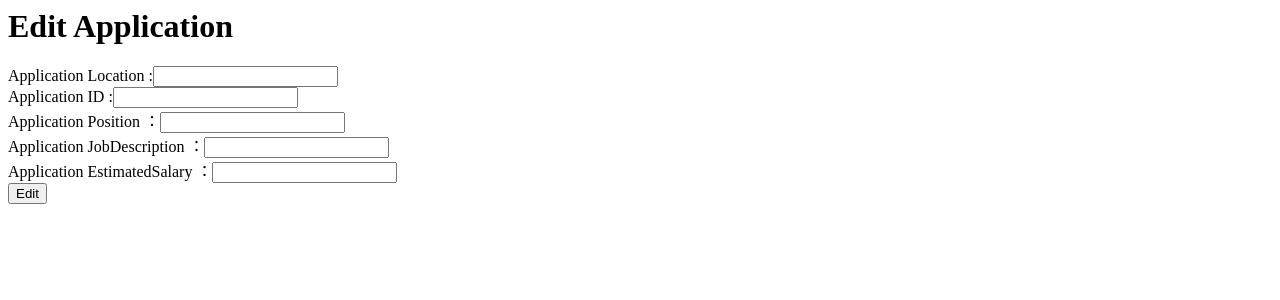
Repository: tanmaysarin/csjobdatabase
Page: http://localhost/CS480Demo/jsps/Applications/Applications_edit.jsp
An editor plug-in stored every save of this project. The page is shown before and after the next save, followed by the edit.
The browser window is 1280 px wide. The pictures show the whole page.
The page is served by Tomcat 9.

Above is the page before, as saved 2020-08-01 16:59:01.

After the next save:
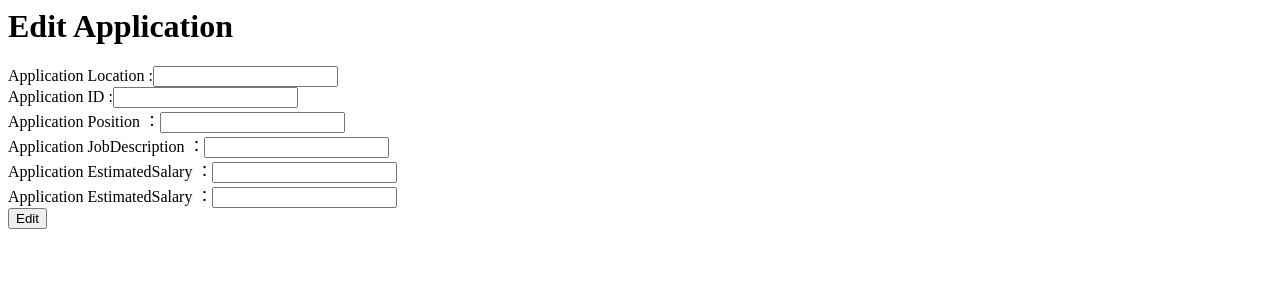
Saved 56 s later.
--- a/CS480Demo/WebContent/jsps/Applications/Applications_edit.jsp
+++ b/CS480Demo/WebContent/jsps/Applications/Applications_edit.jsp
@@ -33,6 +33,8 @@
 	<br/>
 	Application EstimatedSalary   ：<input type="text" name="estimatedSalary" value="${applicationInfo.estimatedSalary }"/>
 	<br/>
+	Application EstimatedSalary   ：<input type="text" name="company_id" value="${applicationInfo.company_id }"/>
+	<br/>
 
 	<input type="submit" value="Edit"/>
 </form>
